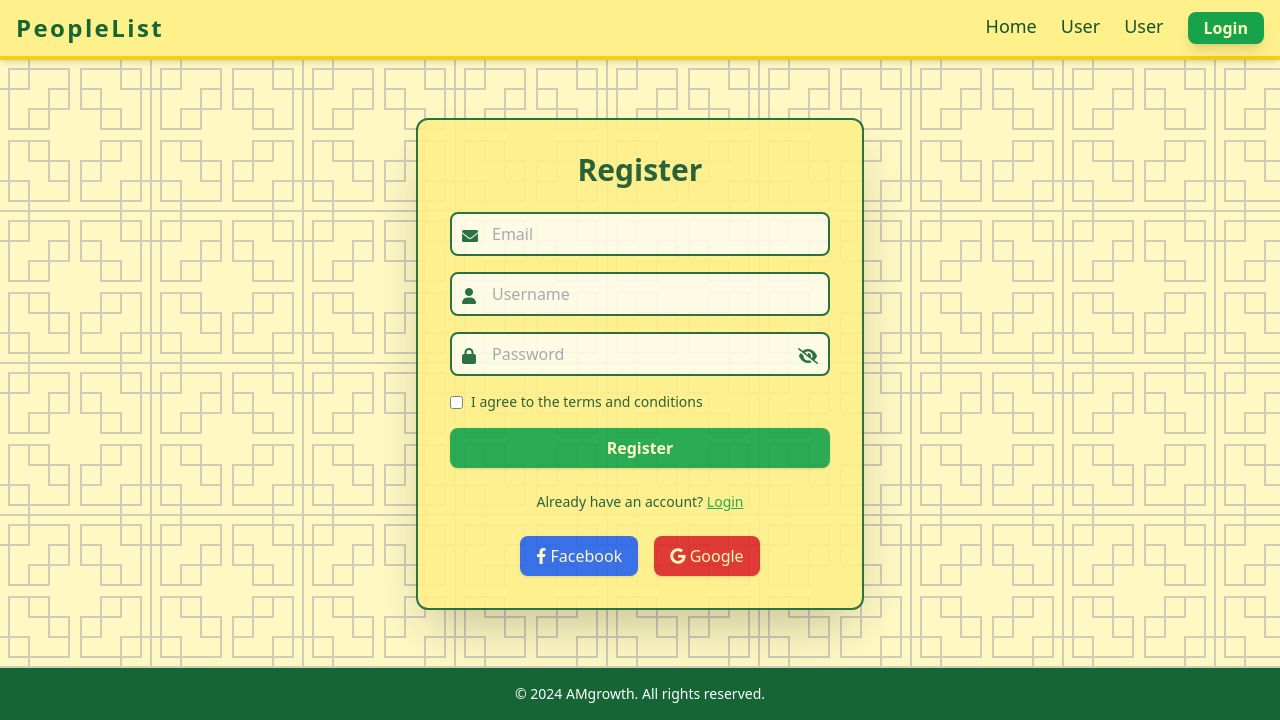
Repository: ArievfRahman-Dev/Mini-Project-II
Page: /regist (app in miniproject2/)
The author's editor kept a copy of each file at every save. The page is drawn from the files as they stood at one save, then again after the next save.
The browser window is 1280 px wide. The pictures show the whole page.
The project was rebuilt for these pictures with package versions that can differ from the ones it lists, and the page was loaded fresh each time. Also part of the build but not shown: miniproject2/vite.config.js, miniproject2/src/pages/HomePage/index.jsx, miniproject2/src/pages/DetailUser/index.jsx, miniproject2/src/pages/LoginPage/index.jsx, miniproject2/src/routes/ProtectedRoute.jsx.

Above is the page before, as saved 2024-12-25 10:33:24.

After the next save:
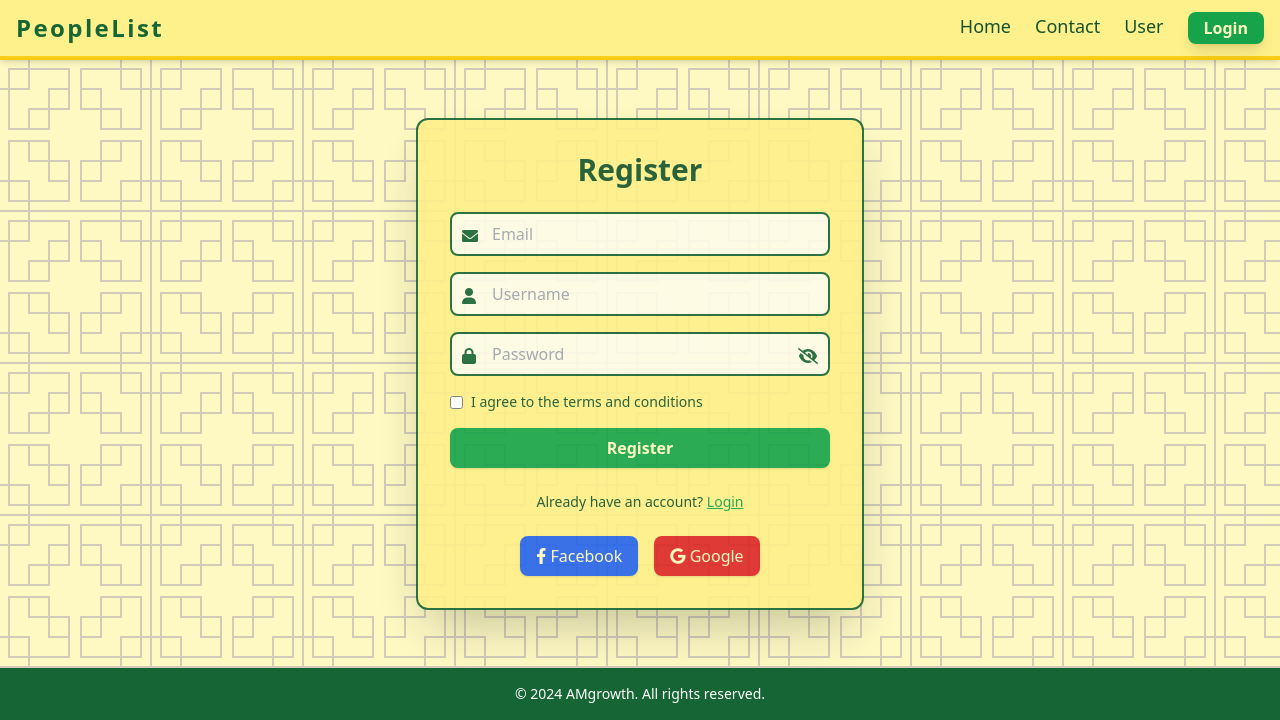
Saved 20 s later.
--- a/miniproject2/src/components/Navbar/index.jsx
+++ b/miniproject2/src/components/Navbar/index.jsx
@@ -51,7 +51,7 @@ export const Navbar = () => {
             href="/#contact"
             className="text-lg font-medium text-green-900 hover:text-yellow-700"
           >
-            User
+            Contact
           </a>
           <Link
             to="/"
